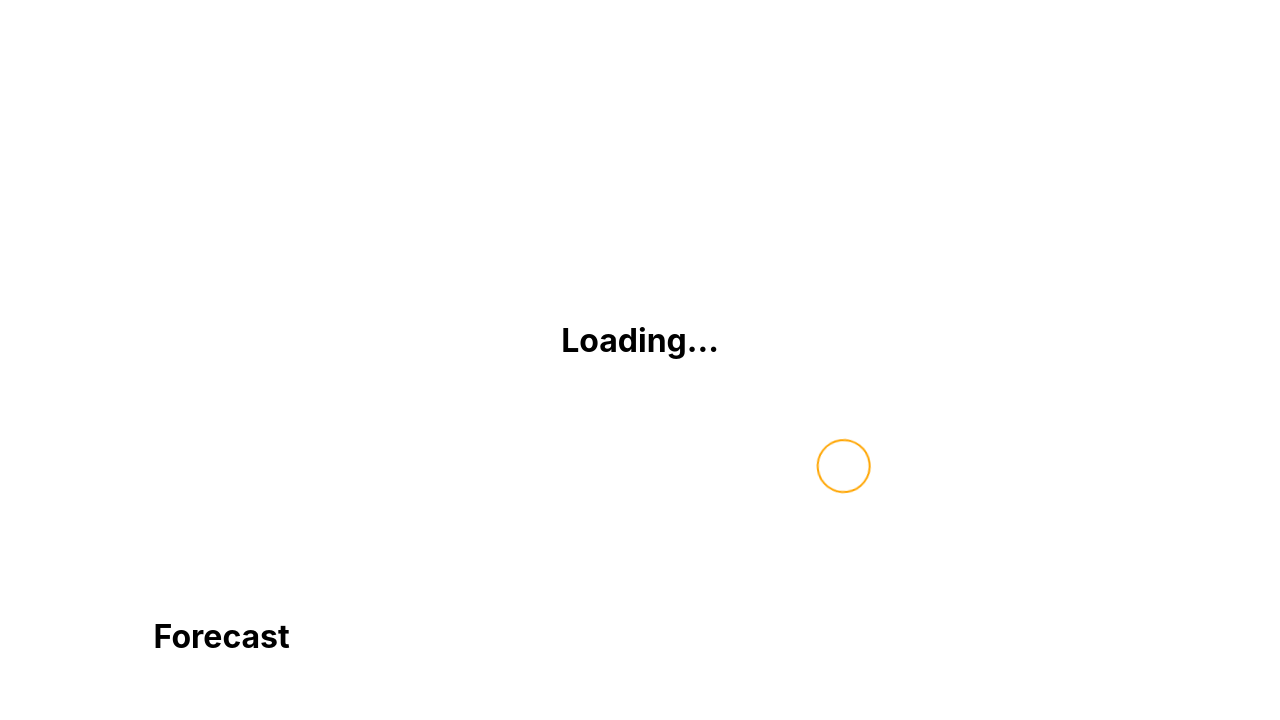
Repository: debthebuilder/bloom
Page: /
An editor plug-in stored every save of this project. The page is shown before and after the next save, followed by the edit.
The browser window is 1280 px wide. The pictures show the whole page.
The page's requests for data from a server got no answer. The project was rebuilt for these pictures with package versions that can differ from the ones it lists, and the page was loaded fresh each time. No one was signed in, and anything a server would have sent is missing. Also part of the build but not shown: src/components/Splash.js.

Above is the page before, as saved 2022-11-11 10:26:28.

After the next save:
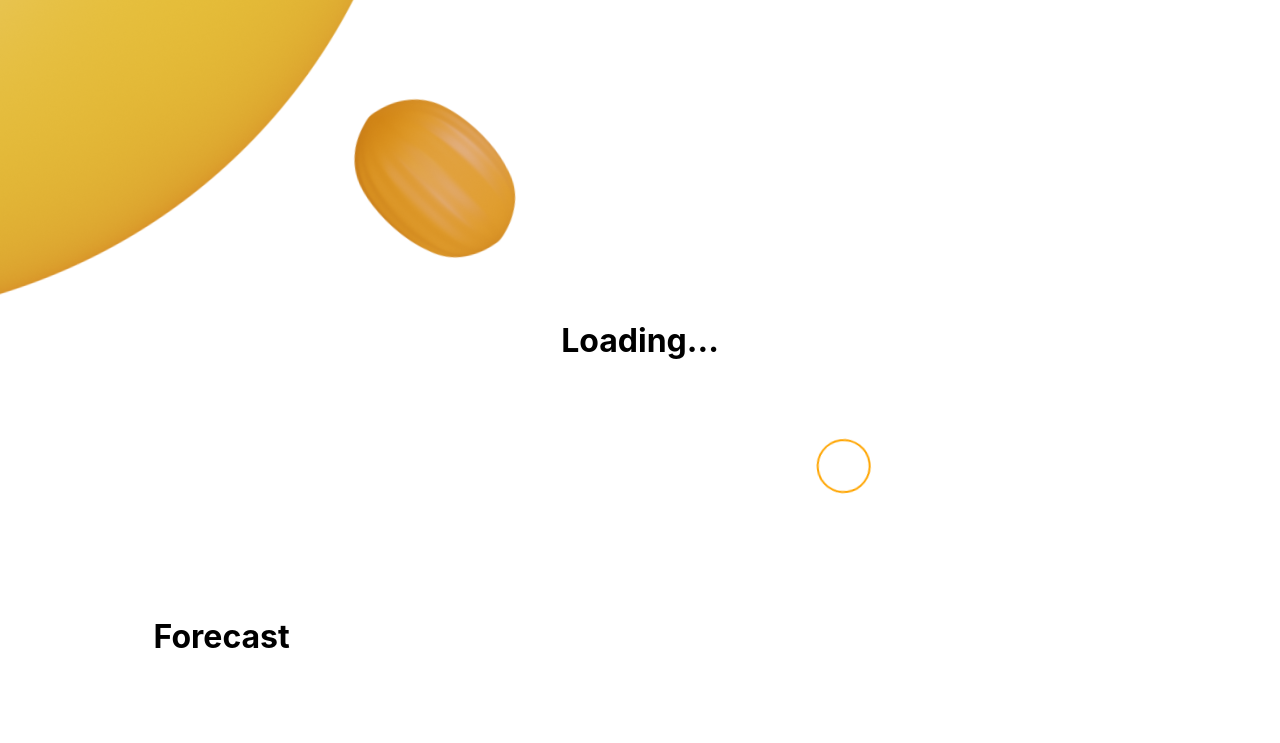
Saved 18 s later.
--- a/src/scss/_loading.scss
+++ b/src/scss/_loading.scss
@@ -12,7 +12,7 @@
   }
 
   .coin:before {
-    content: '';
+    content: url("../assets/sunny.png");
     // background: black;
 
     position: absolute;
